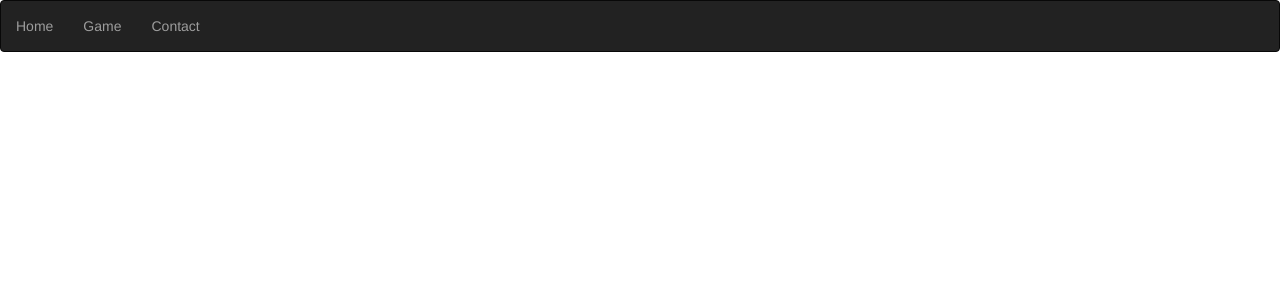
Repository: hyunhee7/web_work
Page: http://localhost/Step10_Include/test7/home.jsp
These files come from the project's save history. The page is drawn as it stood at one moment and after the next save; the edit follows.
The browser window is 1280 px wide. The pictures show the whole page.
The page is served by Tomcat 9.

Above is the page before, as saved 2017-06-29 07:35:05.

### Step10_Include/WebContent/test7/home.jsp
<%@ page language="java" contentType="text/html; charset=UTF-8"
    pageEncoding="UTF-8"%>
<!DOCTYPE html PUBLIC "-//W3C//DTD HTML 4.01 Transitional//EN" "http://www.w3.org/TR/html4/loose.dtd">
<html>
<head>
<meta http-equiv="Content-Type" content="text/html; charset=UTF-8">
<jsp:include page="myResource.jsp"></jsp:include>
<title>home.jsp</title>
</head>
<body>
<jsp:include page="navbar.jsp"></jsp:include>
<script>

</script>
</body>
</html>

### Step10_Include/WebContent/test7/myResource.jsp
<%@ page language="java" contentType="text/html; charset=UTF-8"
    pageEncoding="UTF-8"%>
<%
	String cPath=request.getContextPath();
%>
<link rel="stylesheet" href="<%=cPath %>/resource/css/bootstrap.css" />
<script src="<%=cPath%>/resource/js/jquery-3.2.0.js"></script>
<script src="<%=cPath%>/resource/js/bootstrap.js"></script>

### Step10_Include/WebContent/test7/navbar.jsp
<%@ page language="java" contentType="text/html; charset=UTF-8"
    pageEncoding="UTF-8"%>

<div class="navbar navbar-inverse">
	<div class="navbar-header">
		<ul class="nav navbar-nav">
			<li><a href="home.jsp">Home</a></li>
			<li><a href="game.jsp">Game</a></li>
			<li><a href="contact.jsp">Contact</a></li>
		</ul>
	</div>
</div>

<script>

	$("ul > li").click(function(){
		var link=$("href").attr();
		link.parants().addClass("active");
	});
</script>

Loaded but not shown: Step10_Include/WebContent/resource/css/bootstrap.css (library); Step10_Include/WebContent/resource/js/jquery-3.2.0.js (library); Step10_Include/WebContent/resource/js/bootstrap.js (library)

After the next save:
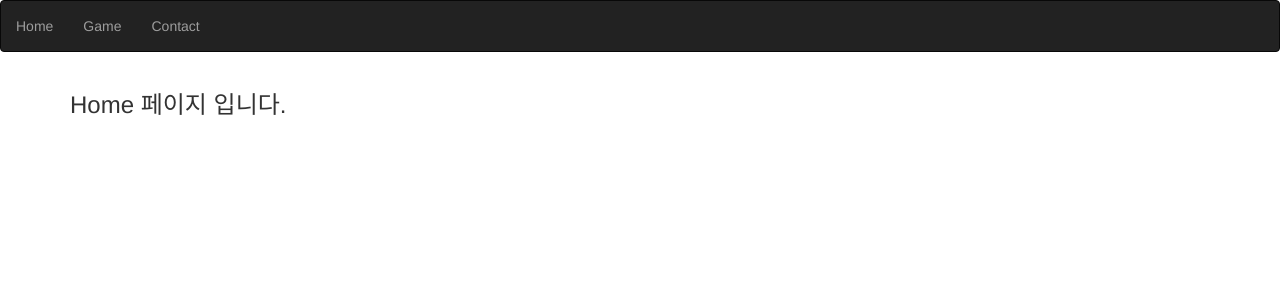
Saved 17 s later.
--- a/Step10_Include/WebContent/test7/home.jsp
+++ b/Step10_Include/WebContent/test7/home.jsp
@@ -9,8 +9,8 @@
 </head>
 <body>
 <jsp:include page="navbar.jsp"></jsp:include>
-<script>
-
-</script>
+<div class="container">
+	<h3>Home 페이지 입니다.</h3>
+</div>
 </body>
 </html>
